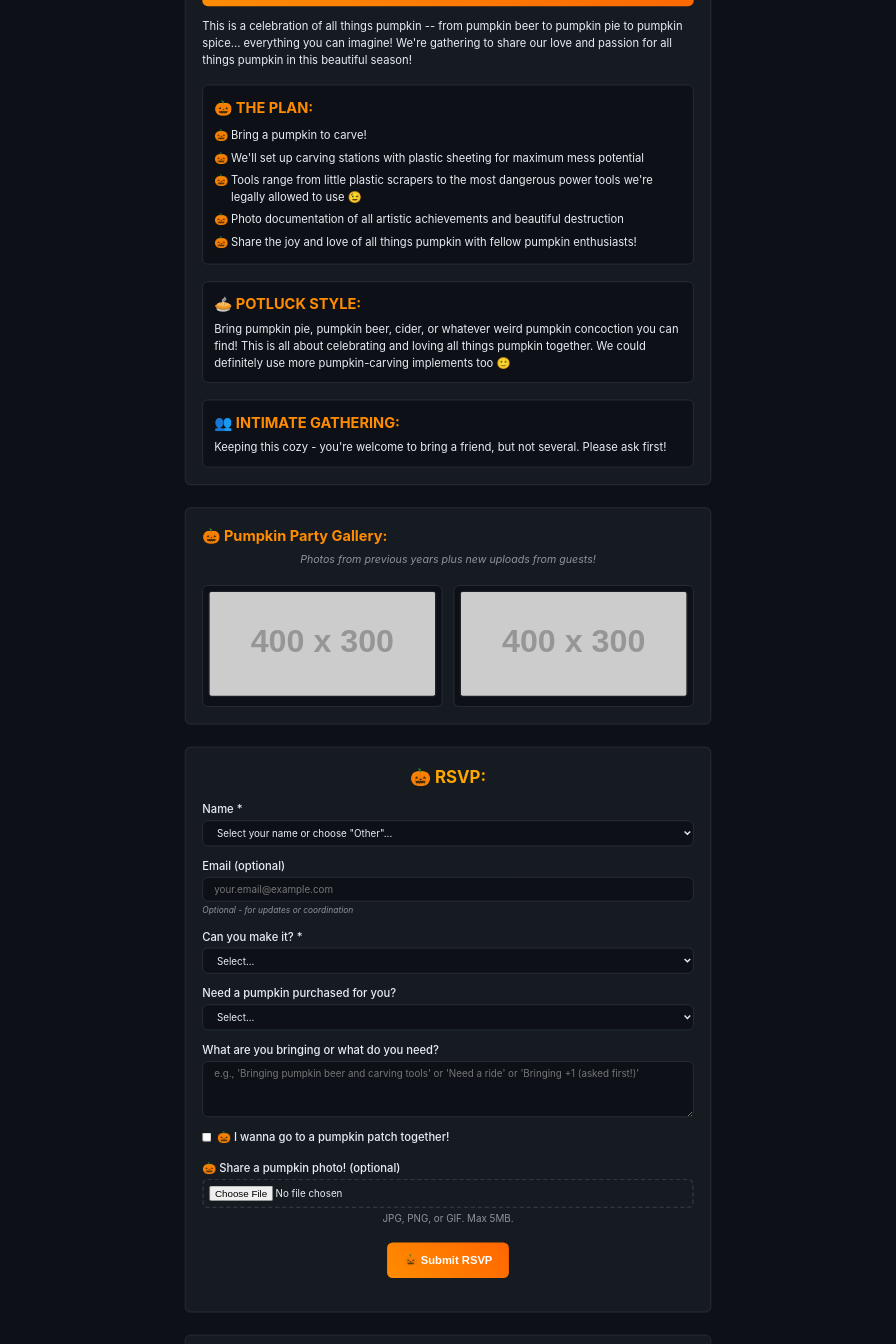
Repository: jeff-hamm/pumpkinfest
Page: index.html
The author's editor kept a copy of each file at every save. The page is drawn from the files as they stood at one save, then again after the next save.
The browser window is 1280 px wide. The pictures show the part of the page from y = 657 to 2577 px (the page is 3150 px tall before and 3126 px after), at 70% of full size.
The page's requests for data from a server got no answer.

Above is the page before, as saved 2025-10-25 13:25:27.

### index.html
<!DOCTYPE html>
<html lang="en">
<head>
    <meta charset="UTF-8">
    <meta name="viewport" content="width=device-width, initial-scale=1.0">
    <title>🎃 PUMPKINFEST 2025 RSVP</title>
    <link rel="icon" href="data:[embedded picture, 141 characters]">
    <link rel="stylesheet" href="pumpkinfest-styles.css">
</head>
<body>
    <div id="sync-status" class="sync-status">
        <a href="https://docs.google.com/spreadsheets/d/1XEfcdwvrg54w_Aw8bEiBC4_f8pLJOT6bH55sau92mvg/edit?usp=sharing"
            target="_blank" class="sheet-link">📝 View RSVPs in Google Sheets</a>
        <div id="sync-status-text" class="sync-status-text" style="display: none;"></div>
    </div>

    <div class="header-image">
        <img src="image copy 2.png" alt="Pumpkin Party Vibes" class="header-img">
    </div>

    <div class="container">
        <h1>🎃 PUMPKINFEST 2025: The Annual Celebration! 🎃</h1>

        <div class="event-details">
            <h2>Thursday, October 30th, 2025</h2>

            <p>I love pumpkins. And October is serious pumpkin business. This year marks the return of my annual* pumpkin party! 🎃</p>

            <div class="special-announcement">
                <strong>SPECIAL ANNOUNCEMENT:</strong> Both IXI and Natalie will be in town for this one!! 🌟
            </div>

            <p>This is a celebration of all things pumpkin -- from pumpkin beer to pumpkin pie to pumpkin spice... everything you can imagine! We're gathering to share our love and passion for all things pumpkin in this beautiful season!</p>

            <div class="event-sections">
                <div class="event-section">
                    <h3>🎃 THE PLAN:</h3>
                    <ul>
                        <li>Bring a pumpkin to carve!</li>
                        <li>We'll set up carving stations with plastic sheeting for maximum mess potential</li>
                        <li>Tools range from little plastic scrapers to the most dangerous power tools we're legally allowed to use 😉</li>
                        <li>Photo documentation of all artistic achievements and beautiful destruction</li>
                        <li>Share the joy and love of all things pumpkin with fellow pumpkin enthusiasts!</li>
                    </ul>
                </div>

                <div class="event-section">
                    <h3>🥧 POTLUCK STYLE:</h3>
                    <p>Bring pumpkin pie, pumpkin beer, cider, or whatever weird pumpkin concoction you can find! This is all about celebrating and loving all things pumpkin together. We could definitely use more pumpkin-carving implements too 🙂</p>
                </div>

                <div class="event-section">
                    <h3>👥 INTIMATE GATHERING:</h3>
                    <p>Keeping this cozy - you're welcome to bring a friend, but not several. Please ask first!</p>
                </div>
            </div>
        </div>

        <div class="gallery-section">
            <h3>🎃 Pumpkin Party Gallery:</h3>
            <p class="gallery-description">Photos from previous years plus new uploads from guests!</p>
            <div class="gallery-loading" id="gallery-loading">
                <p>Loading gallery images... 🎃</p>
            </div>
            <div class="image-gallery" id="image-gallery">
                <!-- Images will be loaded dynamically from Google Drive -->
            </div>
        </div>

        <div class="rsvp-section">
            <h2>🎃 RSVP:</h2>

            <div id="rsvp-loading" class="rsvp-loading-overlay" style="display: none;">
                <div class="spinner"></div>
                <div class="spinner-text">Submitting RSVP...</div>
            </div>

            <form id="rsvp-form" class="rsvp-form">
                <div class="form-row">
                    <div class="form-group">
                        <label for="guest-name-select">Name *</label>
                        <select id="guest-name-select" name="guestNameSelect">
                            <option value="">Select your name or choose "Other"...</option>
                            <option value="Other">Other (add new person)</option>
                        </select>
                        <input type="text" id="guest-name" name="guestName" required placeholder="Enter your name..." style="display: none; margin-top: 8px;">
                    </div>
                </div>

                <div class="form-row">
                    <div class="form-group">
                        <label for="guest-email">Email (optional)</label>
                        <input type="email" id="guest-email" name="guestEmail" placeholder="your.email@example.com">
                        <small class="field-hint">Optional - for updates or coordination</small>
                    </div>
                </div>

                <div class="form-row">
                    <div class="form-group">
                        <label for="attendance">Can you make it? *</label>
                        <select id="attendance" name="attendance" required>
                            <option value="">Select...</option>
                            <option value="Yes">🎃 Yes - I'll be there!</option>
                            <option value="Maybe">🤔 Maybe - depends on my schedule</option>
                            <option value="No">😞 No - can't make it</option>
                        </select>
                    </div>
                </div>

                <div class="form-row">
                    <div class="form-group">
                        <label for="need-pumpkin">Need a pumpkin purchased for you?</label>
                        <select id="need-pumpkin" name="needPumpkin">
                            <option value="">Select...</option>
                            <option value="Yes">Yes - please get me a pumpkin!</option>
                            <option value="No">No - I'll bring my own</option>
                            <option value="Maybe">Maybe - I'll let you know</option>
                        </select>
                    </div>
                </div>

                <div class="form-row">
                    <div class="form-group">
                        <label for="bringing">What are you bringing or what do you need?</label>
                        <textarea id="bringing" name="bringing" rows="3" placeholder="e.g., 'Bringing pumpkin beer and carving tools' or 'Need a ride' or 'Bringing +1 (asked first!)'"></textarea>
                    </div>
                </div>

                <div class="form-row">
                    <div class="form-group">
                        <label class="checkbox-label">
                            <input type="checkbox" id="pumpkin-patch" name="pumpkinPatch">
                            🎃 I wanna go to a pumpkin patch together!
                        </label>
                    </div>
                </div>

                <div class="form-row" id="patch-dates-container" style="display: none;">
                    <div class="form-group">
                        <label>Which days work for you? (Check all that apply)</label>
                        <div class="checkbox-group">
                            <label class="checkbox-option">
                                <input type="checkbox" name="patchDates" value="Sat 10/25">
                                Saturday 10/25
                            </label>
                            <label class="checkbox-option">
                                <input type="checkbox" name="patchDates" value="Sun 10/26">
                                Sunday 10/26
                            </label>
                            <label class="checkbox-option">
                                <input type="checkbox" name="patchDates" value="Mon 10/27">
                                Monday 10/27
                            </label>
                            <label class="checkbox-option">
                                <input type="checkbox" name="patchDates" value="Tues 10/28">
                                Tuesday 10/28
                            </label>
                            <label class="checkbox-option">
                                <input type="checkbox" name="patchDates" value="Wed 10/29">
                                Wednesday 10/29
                            </label>
                        </div>
                    </div>
                </div>

                <div class="form-row">
                    <div class="form-group">
                        <label for="pumpkin-photo">🎃 Share a pumpkin photo! (optional)</label>
                        <input type="file" id="pumpkin-photo" name="pumpkinPhoto" accept="image/*" class="file-input">
                        <div id="photo-preview" class="photo-preview" style="display: none;">
                            <img id="preview-img" class="preview-image" alt="Photo preview">
                            <button type="button" id="remove-photo" class="btn-remove">Remove</button>
                        </div>
                        <div class="file-info">JPG, PNG, or GIF. Max 5MB.</div>
                    </div>
                </div>

                <div class="form-actions">
                    <button type="submit" class="btn-primary">🎃 Submit RSVP</button>
                </div>
            </form>
        </div>

        <div id="rsvp-grid-section" class="rsvp-grid-section">
            <h3>👥 Who's Coming:</h3>

            <div class="filter-tabs">
                <button class="filter-tab active" data-filter="Everyone">Everyone</button>
                <button class="filter-tab" data-filter="Going">Going</button>
                <button class="filter-tab" data-filter="Maybe">Maybe</button>
                <button class="filter-tab" data-filter="No">No</button>
                <button class="filter-tab" data-filter="Not Responded">Not Responded</button>
            </div>

            <div class="rsvp-grid-container">
                <table id="rsvp-grid" class="rsvp-grid">
                    <thead>
                        <tr>
                            <th>Name</th>
                            <th>Attendance</th>
                            <th>Needs Pumpkin</th>
                            <th>Bringing</th>
                            <th>Patch Dates</th>
                        </tr>
                    </thead>
                    <tbody id="rsvp-grid-body">
                        <!-- Grid rows will be dynamically loaded here -->
                    </tbody>
                </table>
                <div id="no-rsvps-message" class="no-rsvps-message" style="display: none;">
                    <p>🎃 No RSVPs match the current filter.</p>
                </div>
            </div>
        </div>
    </div>

    <script src="pumpkinfest-app.js?v=2025-10-25-3"></script>
</body>
</html>

Loaded but not shown: pumpkinfest-app.js (942 lines, source omitted); pumpkinfest-styles.css (905 lines, source omitted)

After the next save:
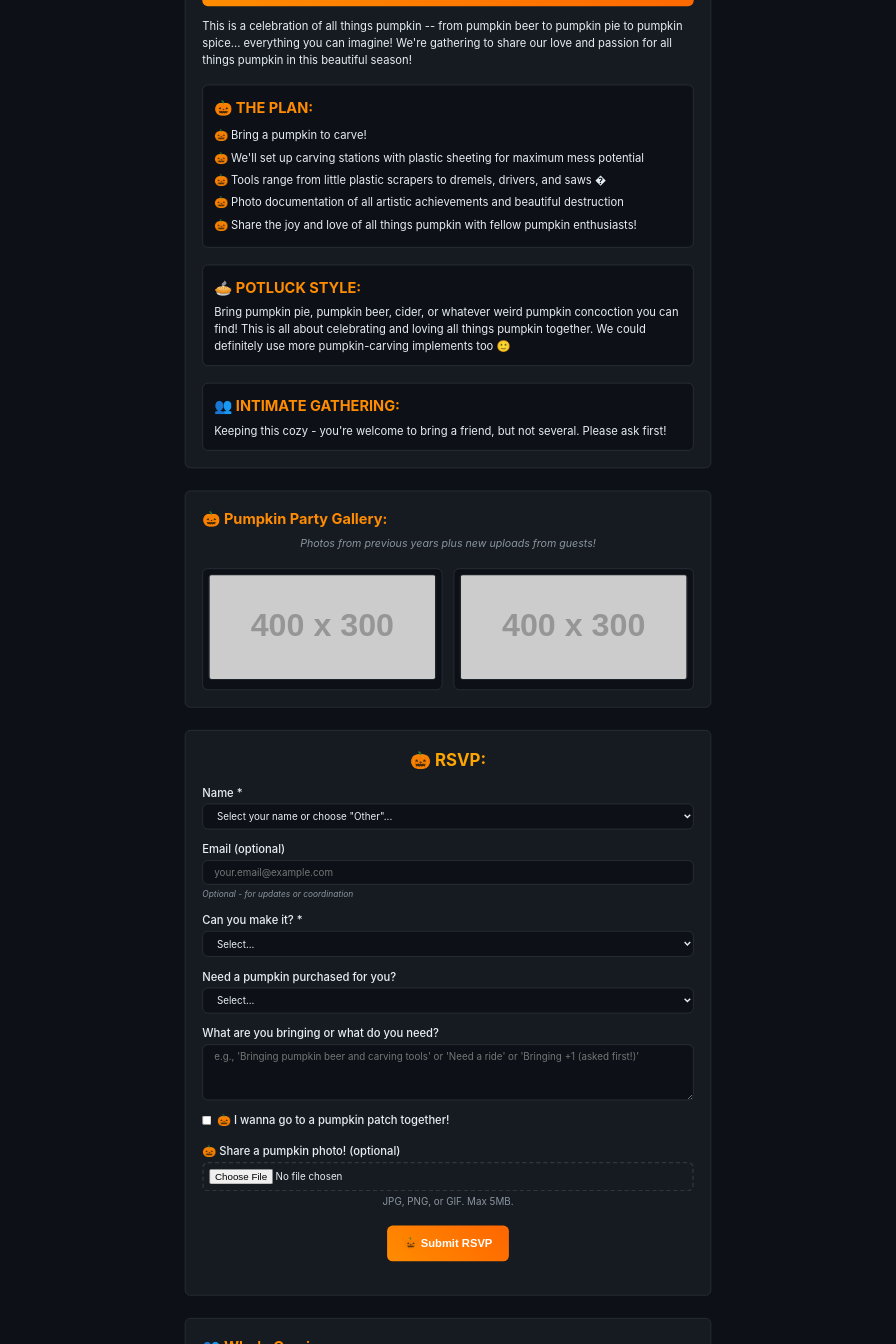
Saved 18 min 11 s later.
--- a/index.html
+++ b/index.html
@@ -38,7 +38,7 @@
                     <ul>
                         <li>Bring a pumpkin to carve!</li>
                         <li>We'll set up carving stations with plastic sheeting for maximum mess potential</li>
-                        <li>Tools range from little plastic scrapers to the most dangerous power tools we're legally allowed to use 😉</li>
+                        <li>Tools range from little plastic scrapers to dremels, drivers, and saws �</li>
                         <li>Photo documentation of all artistic achievements and beautiful destruction</li>
                         <li>Share the joy and love of all things pumpkin with fellow pumpkin enthusiasts!</li>
                     </ul>
